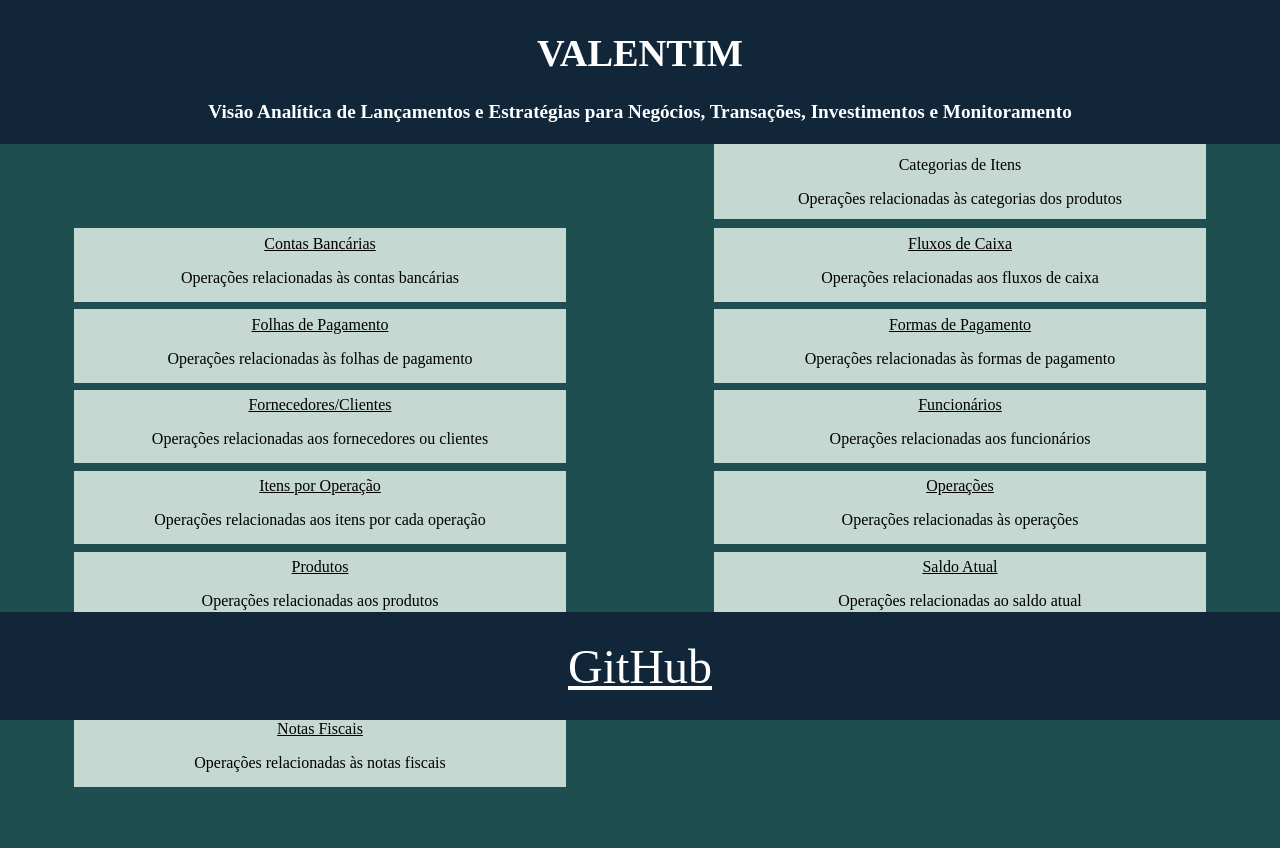
Repository: Matheus-Lacerda009/ERP-Financeiro
Page: Front/menu/menu.html
These files come from the project's save history. The page is drawn as it stood at one moment and after the next save; the edit follows.
The browser window is 1280 px wide. The pictures show the whole page.

Above is the page before, as saved 2026-07-13 19:10:52.

After the next save:
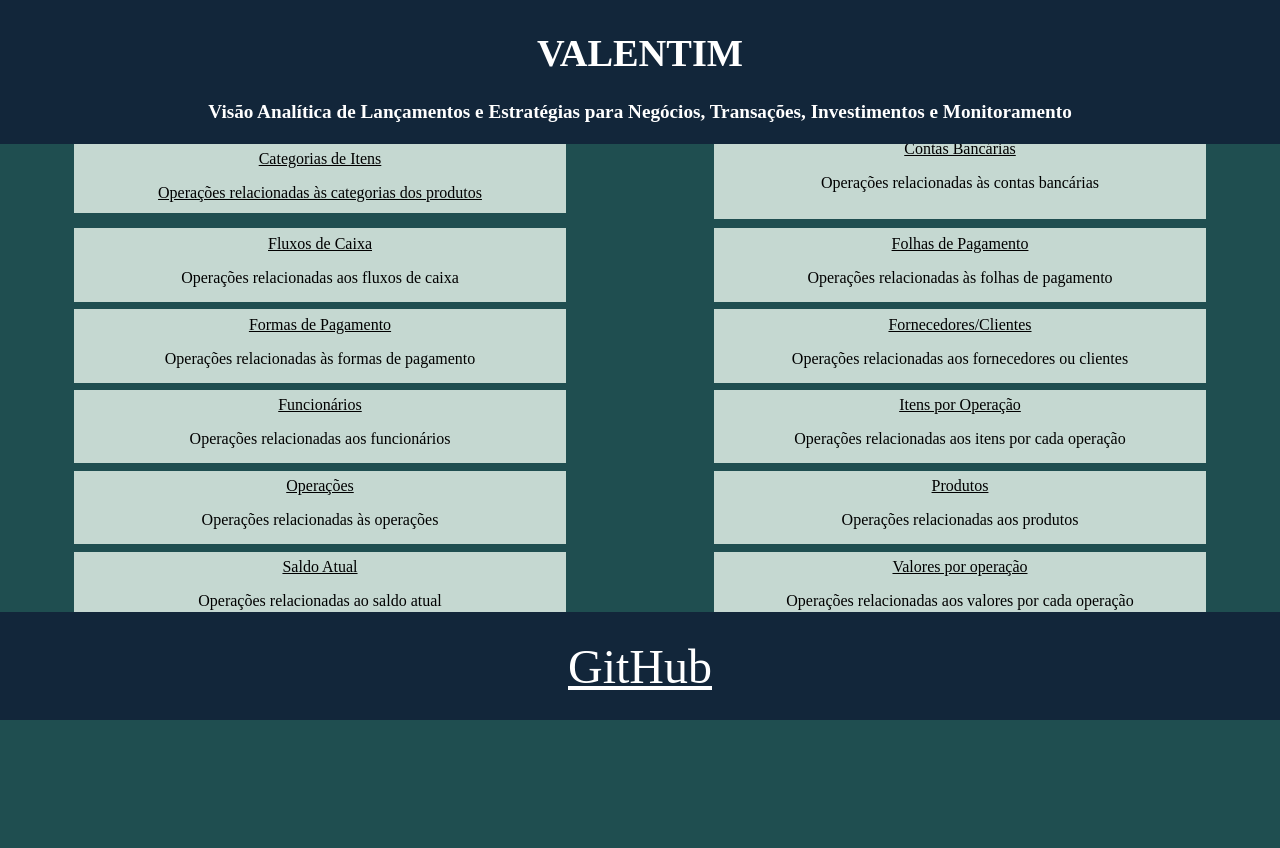
Saved 13 s later.
--- a/Front/menu/menu.html
+++ b/Front/menu/menu.html
@@ -14,7 +14,7 @@
     <main>
         <div id="espaço"></div>
         <div class="container">
-            <a href="../categoria_item/categoria_item.html" class="links"></a>
+            <a href="../categoria_item/categoria_item.html" class="links">
             <div class="divEntidades">
                 <p>Categorias de Itens</p>
                 <p>Operações relacionadas às categorias dos produtos</p>
